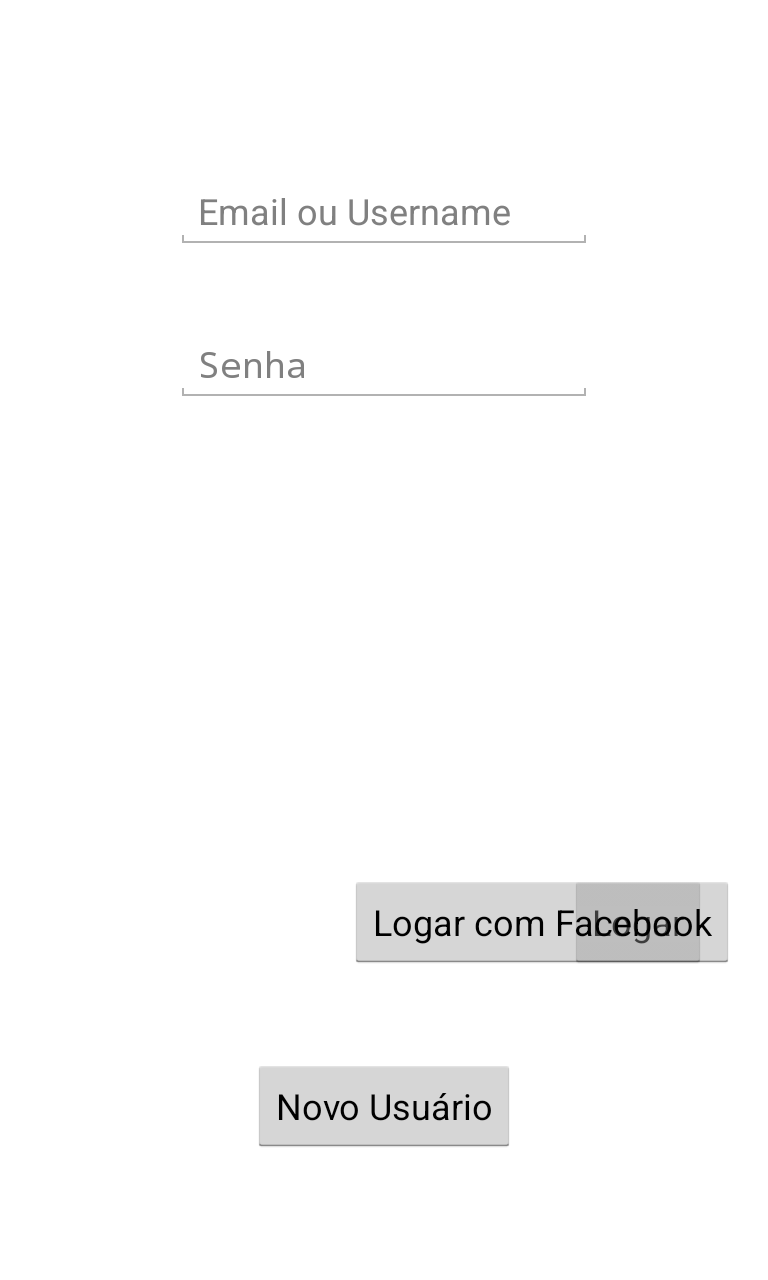
Repository: sergiofffilho/TrocandoIdeias
Layout: workspace/TrocandoIdeias/res/layout/activity_tela_login.xml
These files come from the project's save history. The layout is drawn as it stood at one moment and after the next save; the edit follows.
It is drawn on a 768 x 1280 px phone screen (xhdpi) without system bars, with theme AppTheme; the app's code is not run. The app's manifest (not shown) leaves right-to-left support off. So textAlignment, textDirection and layoutDirection are ignored, and left and right values win over start and end ones.

Above is the layout before, as saved 2015-04-25 14:52:22.

After the next save:
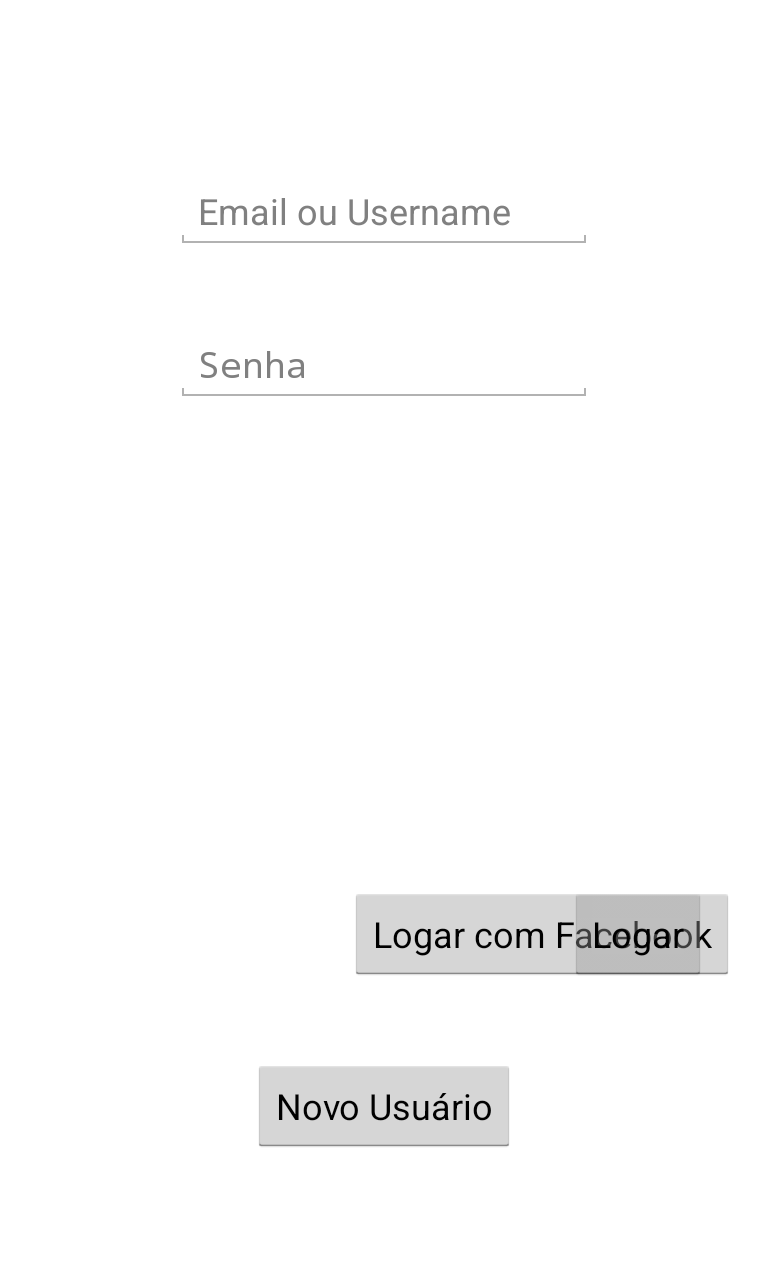
Saved 69 s later.
--- a/workspace/TrocandoIdeias/res/layout/activity_tela_login.xml
+++ b/workspace/TrocandoIdeias/res/layout/activity_tela_login.xml
@@ -39,17 +39,6 @@
         android:text="@string/cadastrar" />
 
     <Button
-        android:id="@+id/button1"
-        android:layout_width="wrap_content"
-        android:layout_height="wrap_content"
-        android:layout_above="@+id/button3"
-        android:layout_alignParentEnd="true"
-        android:layout_marginBottom="44dp"
-        android:layout_marginEnd="14dp"
-        android:layout_toStartOf="@+id/button2"
-        android:text="@string/logar" />
-
-    <Button
         android:id="@+id/button2"
         android:layout_width="wrap_content"
         android:layout_height="wrap_content"
@@ -58,4 +47,16 @@
         android:layout_alignParentEnd="true"
         android:text="@string/facebook" />
 
+    <Button
+        android:id="@+id/button1"
+        android:layout_width="wrap_content"
+        android:layout_height="wrap_content"
+        android:layout_above="@+id/button3"
+        android:layout_alignParentEnd="true"
+        android:layout_marginBottom="38dp"
+        android:layout_marginEnd="14dp"
+        android:layout_toStartOf="@+id/button3"
+        android:layout_toStartOf="@+id/button2"
+        android:text="@string/logar" />
+
 </RelativeLayout>
